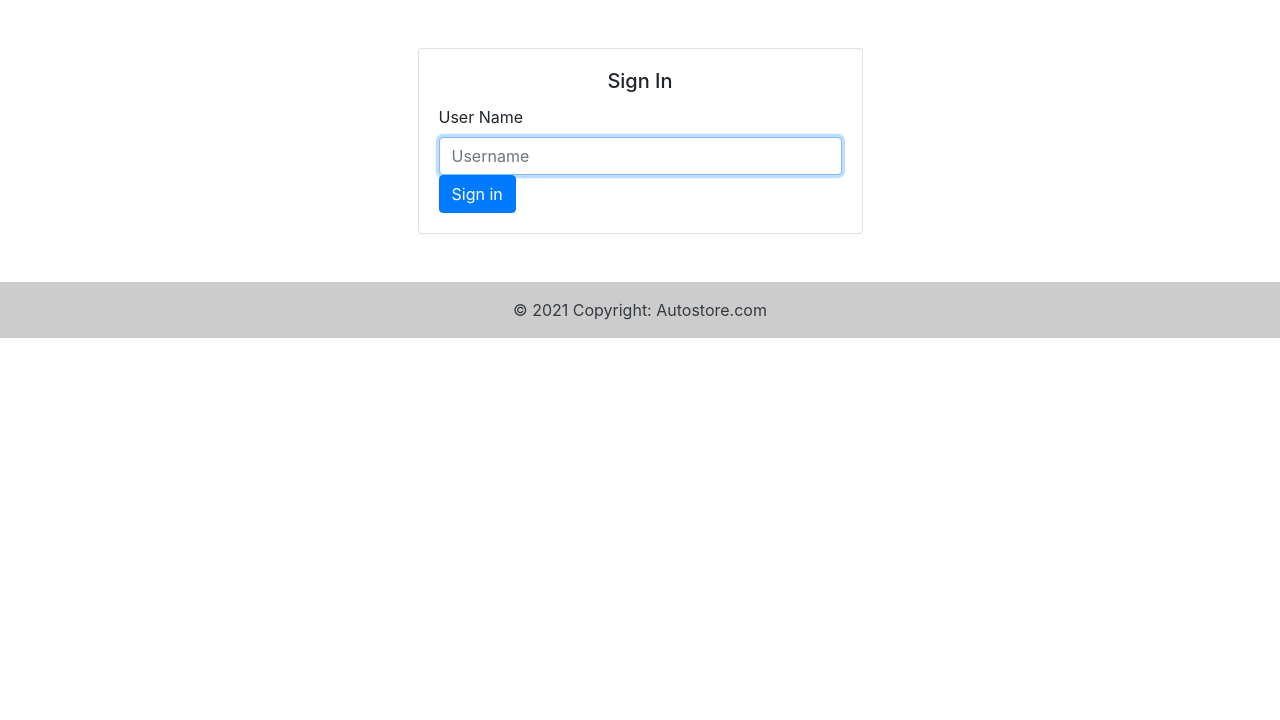
Repository: pravinsakthivel/ecommerce
Page: /
An editor plug-in stored every save of this project. The page is shown before and after the next save, followed by the edit.
The browser window is 1280 px wide. The pictures show the whole page.
The project was rebuilt for these pictures with package versions that can differ from the ones it lists, and the page was loaded fresh each time. Also part of the build but not shown: src/components/ProductItem.vue, src/components/UI/ShoppingCartIcon.vue, src/components/UI/NavigationBar.vue, src/components/UI/SearchBar.vue, src/components/ProductDescriptionModal.vue, src/components/ProductList.vue, src/components/PayPalComponent.vue, src/components/PaymentDetails.vue and 5 more.

Above is the page before, as saved 2021-04-10 20:39:21.

After the next save:
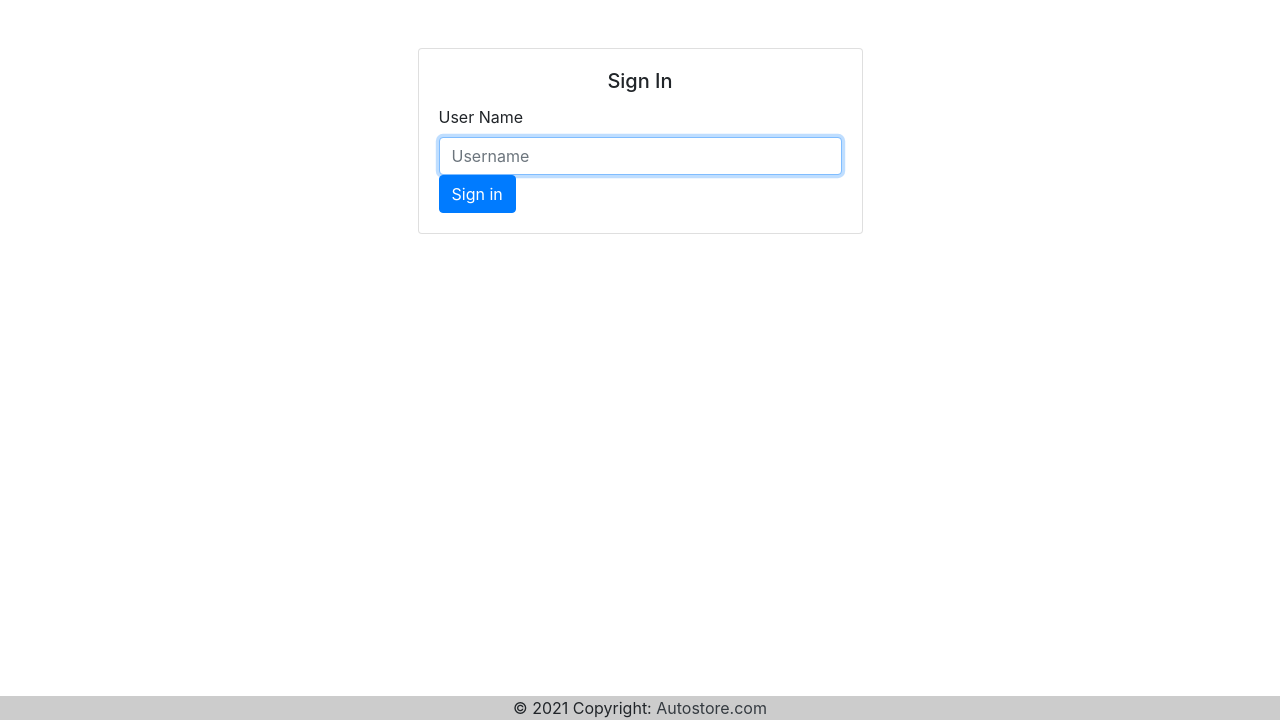
Saved 17 s later.
--- a/src/App.vue
+++ b/src/App.vue
@@ -1,6 +1,6 @@
 <template>
  <router-view></router-view>
- <div class="text-center text-dark p-3" style="background-color: rgba(0, 0, 0, 0.2);">
+ <div class="footer" style="background-color: rgba(0, 0, 0, 0.2);">
     © 2021 Copyright:
     <a class="text-dark" href="#">Autostore.com</a>
   </div>
